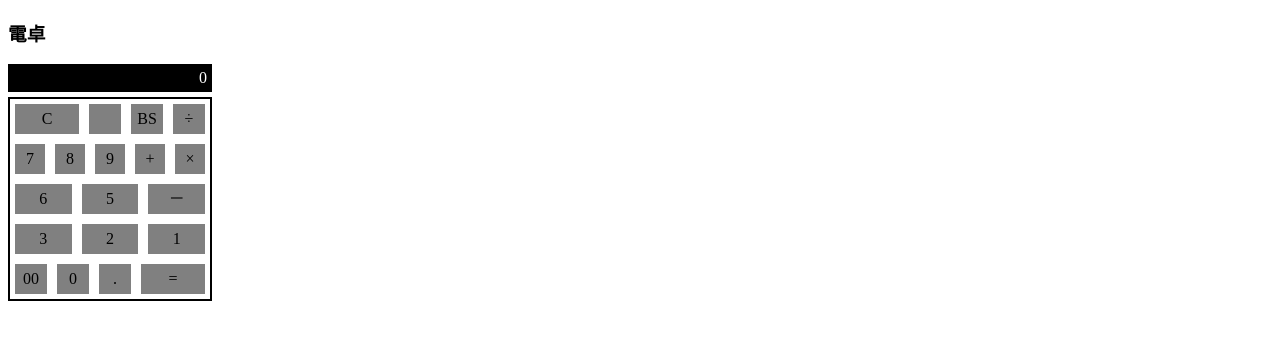
Repository: haya67/jsCalculator
Page: index.html
The author's editor kept a record of every edit. The page is drawn from the files as they stood at one moment, then again after the next edit.
The browser window is 1280 px wide. The pictures show the whole page.
Some web libraries are served in a nearby version.

Above is the page before.

### index.html
 <!DOCTYPE html>
 <html lang="en">
 <head>
 <meta charset="utf-8">
 <script src="https://code.jquery.com/jquery-3.2.1.js" integrity="sha256-DZAnKJ/6XZ9si04Hgrsxu/8s717jcIzLy3oi35EouyE=" crossorigin="anonymous"></script>
 <link rel="stylesheet" href="main.css">
 <title>電卓</title>
 </head>

 <body>
 <h3>電卓</h3>

 <!-- ここに記述していきましょう！ -->
 <div class = "container">

<!--      計算結果を出力する場所-->
      <div id = "output_total" class="output ">0</div>

<!--      計算過程を出力する -->
      <div id = "output_sub" class="output active">0</div>

<!--      ボタンを配置する場所-->
      <div class = 'input'>
          <section class = 'row'>
            <div id = "clear">C</div>
            <div class = "num_bth"></div>
            <div class = "num_bth" id="bs">BS</div>
            <div class = "num_bth cal" data-index-id= '/'>÷</div>
          </section>
          <section class = 'row'>
            <div class = "num_bth one_nine " data-index-id = 7 >7</div>
            <div class = "num_bth one_nine " data-index-id = 8 >8</div>
            <div class = "num_bth one_nine " data-index-id = 9 >9</div>
            <div class = "num_bth cal" data-index-id = '+'>+</div>
            <div class = "num_bth cal" data-index-id = '*'>×</div>
          </section>
          <section class = 'row'>
            <div class = "num_bth one_nine " data-index-id = 6 >6</div>
            <div class = "num_bth one_nine " data-index-id = 5 >5</div>

            <div class = "num_bth cal" data-index-id = '-'>－</div>
          </section>
          <section class = 'row'>
            <div class = "num_bth one_nine " data-index-id = 3 >3</div>
            <div class = "num_bth  one_nine" data-index-id = 2 >2</div>
            <div class = "num_bth  one_nine" data-index-id = 1 >1</div>
          </section>
          <section class = 'row'>
            <div class = "num_bth" data-index-id = 00 >00</div>
            <div class = "num_bth" id="zero" data-index-id = 0 >0</div>
            <div class = "num_bth" id="point" data-index-id = . >.</div>
            <div id = 'equal_btn'>=</div>
          </section>
      </div>
    </div>

 <script src="main.js"></script>
 </body>
 </html>

### main.css
.container {
  width: 200px;
}

.output {
  width: 194px;
  text-align: right;
  padding: 5px;
  margin-bottom: 5px;
  color: white;
  background-color: black;
  /*box-sizing: border-box;*/
  display:none;
}

.output.active {
  display:block;
}

.input {
  width:200px;
  border: 2px solid black;
}

.row {
  display: flex;
  justify-content: space-between;
  width: 200px;
}

.num_bth {
  width: 60px;
  height: 30px;
  text-align: center;
  line-height: 30px;
  background: gray;
  cursor: pointer;
  margin: 5px;
}

#clear, #equal_btn{
  width: 120px;
  text-align: center;
  line-height: 30px;
  background: gray;
  cursor: pointer;
  margin: 5px;
}

### main.js
$(document).ready(function(){

    const num_bth = document.querySelectorAll('.num_bth');

    // 計算結果を表示する所
    let output_sub = document.getElementById('output_sub');

    // 計算過程を表示するところ
    const output_total = document.getElementById('output_total');

    // 計算式を表す変数
    let total = 0;

    // // 最初の状態を定義
    let state = 'start';

    // 最初の整数入力モード
    let mode = 'integer_mode';


    // 1~9を押した時
    const one_nine = document.querySelectorAll ('.one_nine');
    one_nine.forEach(index => {
        index.addEventListener('click', () => {
            if(state === 'start') {
                total = index.dataset.indexId;
            }else if (state === 'finish') {
                reset();
                total = index.dataset.indexId;
            }else if (state === 'calculation' ) {
                total += index.dataset.indexId;
            }
            output_sub.textContent = total;
            state = 'calculation'
            // changeOutput()
        });
    });


    // 0を押したとき
    const zero = document.getElementById('zero');
    zero.addEventListener('click', () => {
        if(state === 'start' || state === 'finish' || state === 'calBtn'){
            if(output_sub.textContent.slice(-1) === '0') {
                console('前の文字はゼロ');
                return;
            }
        }

        if(state === 'start') {
            total = zero.dataset.indexId;
        }else {
            total += zero.dataset.indexId;
        }
        output_sub.textContent = total;
    });


    // .を押したとき
    const point = document.getElementById('point');
    point.addEventListener('click' , () => {
        console.log(point.dataset.indexId)
        if(mode === 'decimal_mode') {
            return;
        }
        if (state === 'start' || state === 'finish' ) {
            total = 0;
        }else if(state = 'calBtn') {
            if(output_sub.textContent.slice(-1) !=='0'){
                total += 0;
            }
        }
        total += point.dataset.indexId

        output_sub.textContent = total;
        state = 'calculation';
        mode = 'decimal_mode';

    });

    // +÷-×を押したとき
    const cal = document.querySelectorAll('.cal');
    cal.forEach(index => {
        index.addEventListener('click' , () => {
            if (state === 'start') {
                return;
            }else if(state === 'calculation') {
                total += index.dataset.indexId;
            }else if(state === 'finish') {
                total = output_total.textContent;
                total += index.dataset.indexId;
                output_total.textContent = 0;
            }
            console.log(index.dataset.indexId);
            output_sub.textContent = total;
            state = 'calBtn';
            mode = 'integer_mode';
        });
    });




    // =を押した時
    const equal_btn = document.getElementById('equal_btn');
    equal_btn.addEventListener('click', () => {
        console.log(eval(total));
        output_total.textContent = eval(total);
        state = 'finish';
        mode = 'integer_mode';
    });


    // Cを押した時
    const clear = document.getElementById('clear')
    clear.addEventListener('click' , () =>{
        reset();
    });

    function reset() {
        total = 0;
        output_sub.textContent = 0;
        output_total.textContent = 0;
        mode = 'integer_mode';
    };


    // // 計算過程画面と計算結果画面の切り替え
    function changeOutput() {
        if (state === 'finish') {
            output_total.classList.add('active');
            output_sub.classList.remove('active');
        } else{
            output_sub.classList.add('active');
            output_total.classList.remove('active');
        }
    };





})

After the next edit:
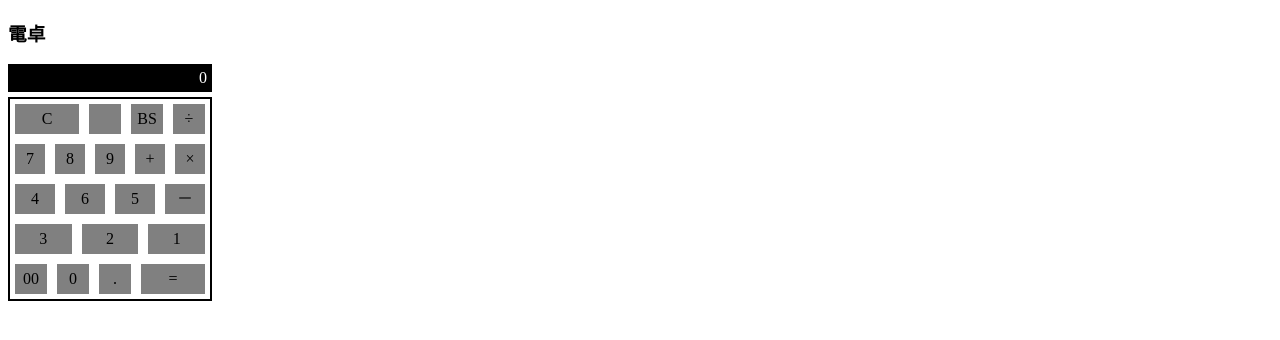
The edit:
--- a/index.html
+++ b/index.html
@@ -35,6 +35,7 @@
             <div class = "num_bth cal" data-index-id = '*'>×</div>
           </section>
           <section class = 'row'>
+            <div class = "num_bth one_nine " data-index-id = 4 >4</div>
             <div class = "num_bth one_nine " data-index-id = 6 >6</div>
             <div class = "num_bth one_nine " data-index-id = 5 >5</div>
 
